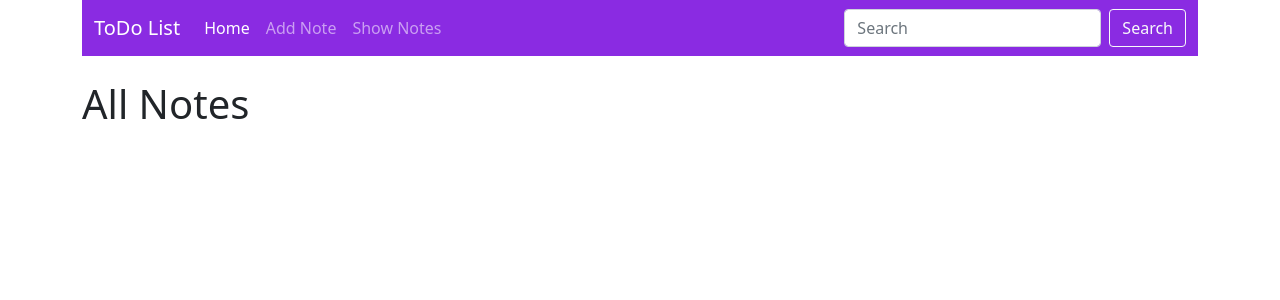
Repository: VishalSalvi17/Hibernate
Page: http://localhost/ToDoList/all_notes.jsp
These files come from the project's save history. The page is drawn as it stood at one moment and after the next save; the edit follows.
The browser window is 1280 px wide. The pictures show the whole page.
The page is served by Tomcat 9. Other server files are loaded and not shown.

Above is the page before, as saved 2023-03-16 11:33:04.

### ToDoList/src/main/webapp/all_notes.jsp
<%@ page language="java" contentType="text/html; charset=ISO-8859-1"
	pageEncoding="ISO-8859-1"%>
<!DOCTYPE html PUBLIC "-//W3C//DTD HTML 4.01 Transitional//EN" "http://www.w3.org/TR/html4/loose.dtd">
<html>
<head>
<meta http-equiv="Content-Type" content="text/html; charset=ISO-8859-1">
<title>All Notes: ToDo</title>
<%@include file="all_js_css.jsp"%>
</head>
<body>
	<div class="container">
		<%@include file="navbar.jsp"%>
		<br>
		<h1>All Notes</h1>
	</div>
</body>
</html>

### ToDoList/src/main/webapp/all_js_css.jsp
<!-- Bootstrap CSS -->
<link
	href="https://cdn.jsdelivr.net/npm/bootstrap@5.0.2/dist/css/bootstrap.min.css"
	rel="stylesheet"
	integrity="sha384-EVSTQN3/azprG1Anm3QDgpJLIm9Nao0Yz1ztcQTwFspd3yD65VohhpuuCOmLASjC"
	crossorigin="anonymous">

<!-- style path-->
<link href="css/style.css" rel="stylesheet">

<!-- Option 1: Bootstrap Bundle with Popper -->
<script
	src="https://cdn.jsdelivr.net/npm/bootstrap@5.0.2/dist/js/bootstrap.bundle.min.js"
	integrity="sha384-MrcW6ZMFYlzcLA8Nl+NtUVF0sA7MsXsP1UyJoMp4YLEuNSfAP+JcXn/tWtIaxVXM"
	crossorigin="anonymous"></script>

<!-- Option 2: Separate Popper and Bootstrap JS -->
<script
	src="https://cdn.jsdelivr.net/npm/@popperjs/core@2.9.2/dist/umd/popper.min.js"
	integrity="sha384-IQsoLXl5PILFhosVNubq5LC7Qb9DXgDA9i+tQ8Zj3iwWAwPtgFTxbJ8NT4GN1R8p"
	crossorigin="anonymous"></script>
<script
	src="https://cdn.jsdelivr.net/npm/bootstrap@5.0.2/dist/js/bootstrap.min.js"
	integrity="sha384-cVKIPhGWiC2Al4u+LWgxfKTRIcfu0JTxR+EQDz/bgldoEyl4H0zUF0QKbrJ0EcQF"
	crossorigin="anonymous"></script>

### ToDoList/src/main/webapp/navbar.jsp
<nav class="navbar navbar-expand-lg navbar-dark blue">
  <div class="container-fluid">
    <a class="navbar-brand" href="index.jsp">ToDo List</a>
    <button class="navbar-toggler" type="button" data-bs-toggle="collapse" data-bs-target="#navbarSupportedContent" aria-controls="navbarSupportedContent" aria-expanded="false" aria-label="Toggle navigation">
      <span class="navbar-toggler-icon"></span>
    </button>
    <div class="collapse navbar-collapse" id="navbarSupportedContent">
      <ul class="navbar-nav me-auto mb-2 mb-lg-0">
        <li class="nav-item">
          <a class="nav-link active" aria-current="page" href="index.jsp">Home</a>
        </li>
        <li class="nav-item">
          <a class="nav-link" href="addnote.jsp">Add Note</a>
        </li>
        <li class="nav-item">
          <a class="nav-link" href="#" tabindex="-1">Show Notes</a>
        </li>
      </ul>
      <form class="d-flex">
        <input class="form-control me-2" type="search" placeholder="Search" aria-label="Search">
        <button class="btn btn-outline-light" type="submit">Search</button>
      </form>
    </div>
  </div>
</nav>

### ToDoList/src/main/webapp/css/style.css
.blue{
	background:#8A2BE2;
}

After the next save:
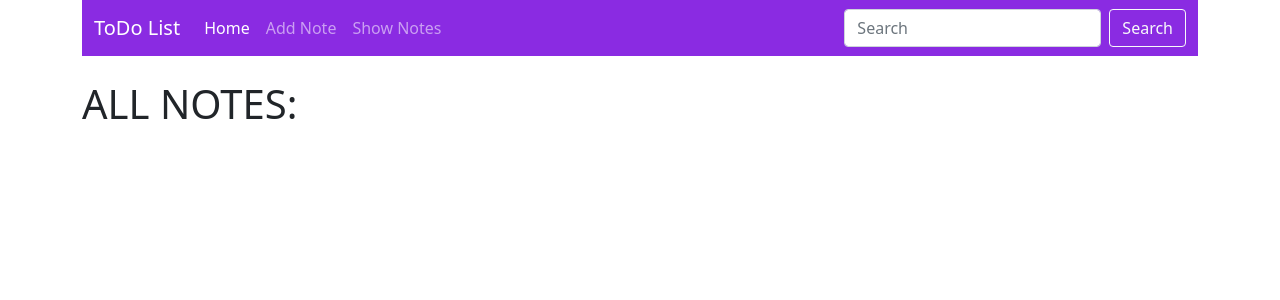
Saved 17 s later.
--- a/ToDoList/src/main/webapp/all_notes.jsp
+++ b/ToDoList/src/main/webapp/all_notes.jsp
@@ -11,7 +11,7 @@
 	<div class="container">
 		<%@include file="navbar.jsp"%>
 		<br>
-		<h1>All Notes</h1>
+		<h1 class='text-uppercase'>All Notes:</h1>
 	</div>
 </body>
 </html>
